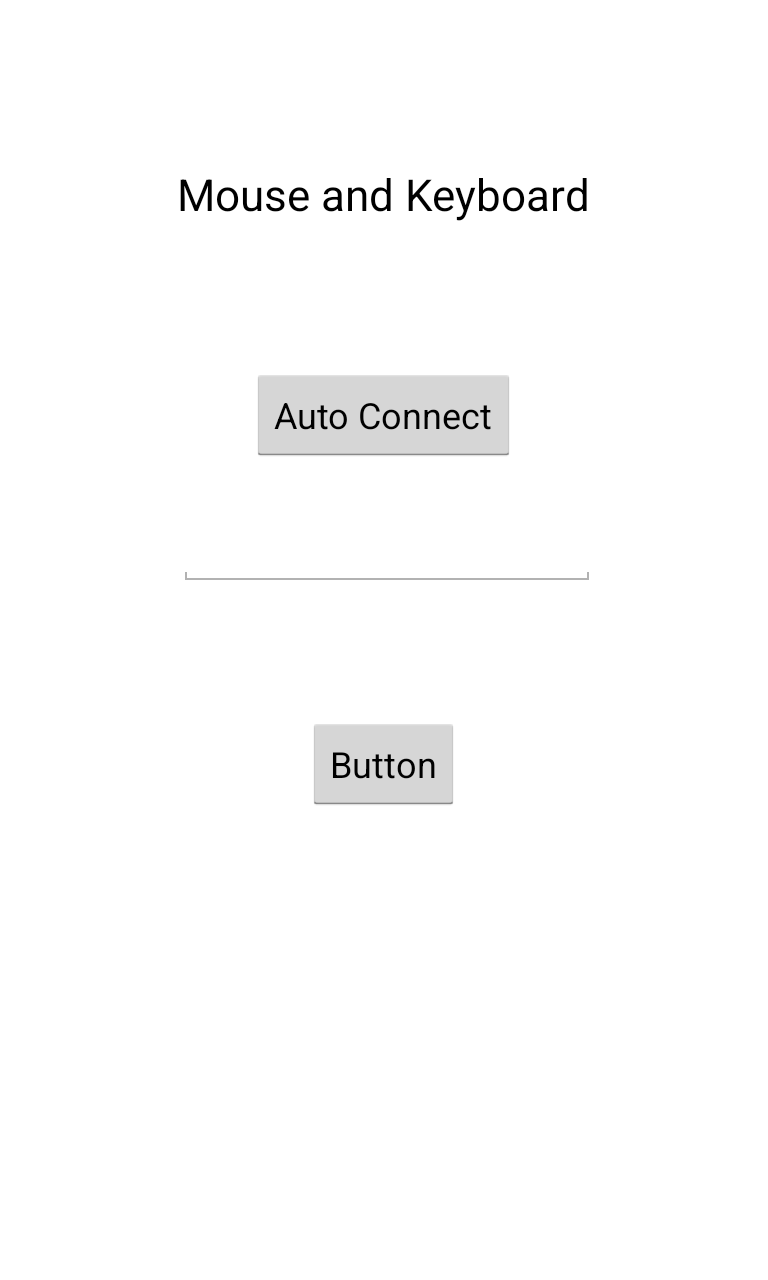
Repository: anmvu/Samsung-TV
Layout: zedgraph_dll_v515/App/MouseAndKeyboard/res/layout/activity_main.xml
These files come from the project's save history. The layout is drawn as it stood at one moment and after the next save; the edit follows.
It is drawn on a 768 x 1280 px phone screen (xhdpi) without system bars, with theme AppTheme; the app's code is not run.

Above is the layout before, as saved 2013-10-29 23:36:18.

After the next save:
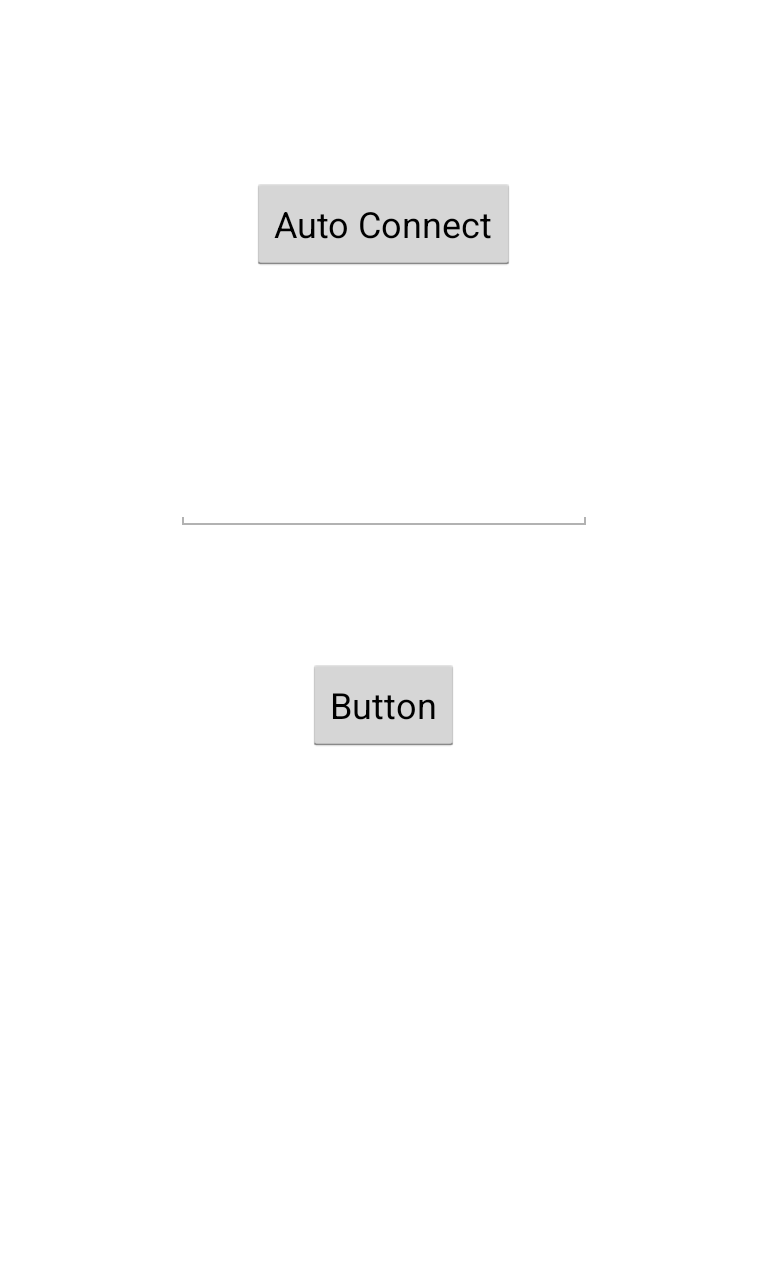
Saved 2 min 4 s later.
--- a/zedgraph_dll_v515/App/MouseAndKeyboard/res/layout/activity_main.xml
+++ b/zedgraph_dll_v515/App/MouseAndKeyboard/res/layout/activity_main.xml
@@ -8,21 +8,10 @@
     android:paddingTop="@dimen/activity_vertical_margin"
     tools:context=".MainActivity" >
 
-    <TextView
-        android:id="@+id/textView1"
-        android:layout_width="wrap_content"
-        android:layout_height="wrap_content"
-        android:layout_alignParentTop="true"
-        android:layout_centerHorizontal="true"
-        android:layout_marginTop="66dp"
-        android:text="Mouse and Keyboard"
-        android:textAppearance="?android:attr/textAppearanceLarge" />
-
     <Button
         android:id="@+id/button1"
         android:layout_width="wrap_content"
         android:layout_height="wrap_content"
-        android:layout_below="@+id/textView1"
         android:layout_centerHorizontal="true"
         android:layout_marginTop="72dp"
         android:text="Auto Connect" />
@@ -31,12 +20,10 @@
         android:id="@+id/editText1"
         android:layout_width="wrap_content"
         android:layout_height="wrap_content"
-        android:layout_alignLeft="@+id/textView1"
         android:layout_below="@+id/button1"
-        android:layout_marginTop="23dp"
-        android:ems="10"
-        android:text = ""
-         />
+        android:layout_centerHorizontal="true"
+        android:layout_marginTop="91dp"
+        android:ems="10" />
 
     <Button
         android:id="@+id/button2"
@@ -44,7 +31,7 @@
         android:layout_height="wrap_content"
         android:layout_below="@+id/editText1"
         android:layout_centerHorizontal="true"
-        android:layout_marginTop="64dp"
+        android:layout_marginTop="62dp"
         android:text="Button" />
 
 </RelativeLayout>
